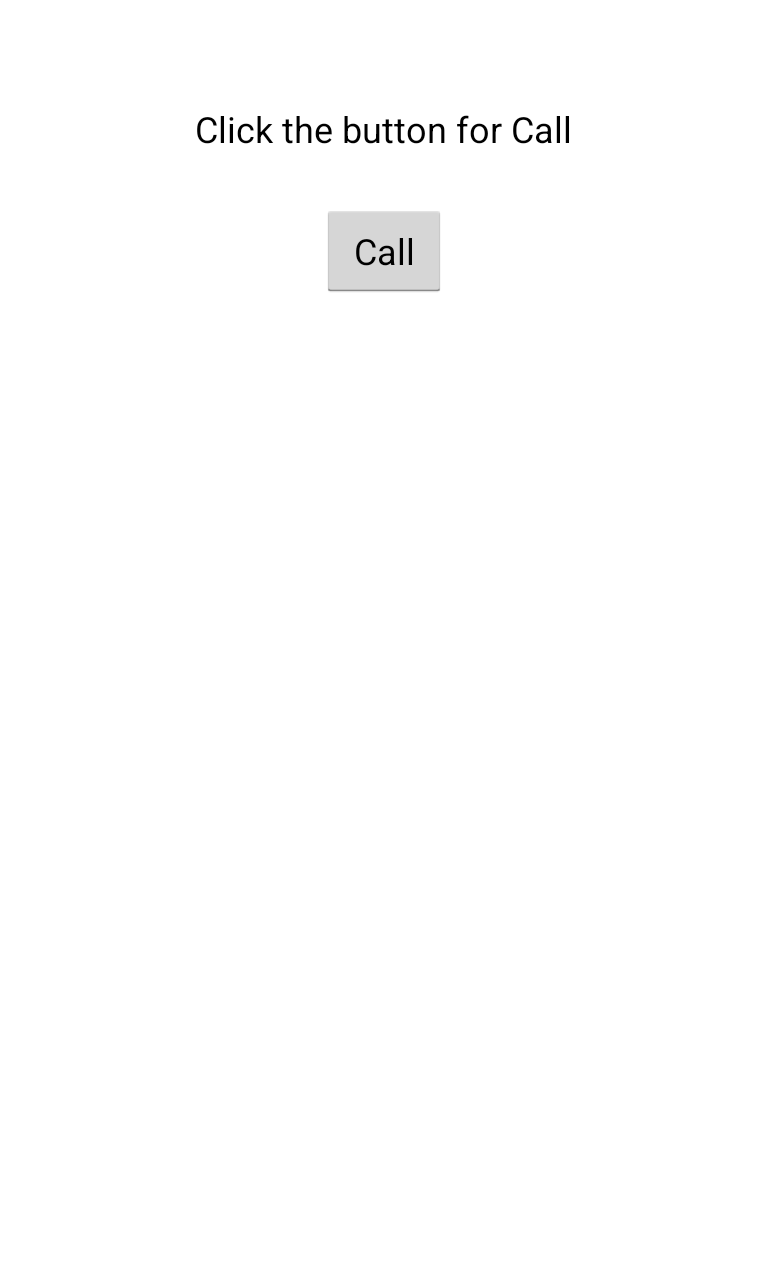
Repository: MadhuHS/OECM-1
Layout: ImplicitIntents/res/layout/activity_main.xml
These files come from the project's save history. The layout is drawn as it stood at one moment and after the next save; the edit follows.
It is drawn on a 768 x 1280 px phone screen (xhdpi) without system bars, with theme AppTheme; the app's code is not run.

Above is the layout before, as saved 2015-10-02 14:06:18.

### ImplicitIntents/res/layout/activity_main.xml
<RelativeLayout xmlns:android="http://schemas.android.com/apk/res/android"
    xmlns:tools="http://schemas.android.com/tools"
    android:layout_width="match_parent"
    android:layout_height="match_parent"
    android:paddingBottom="@dimen/activity_vertical_margin"
    android:paddingLeft="@dimen/activity_horizontal_margin"
    android:paddingRight="@dimen/activity_horizontal_margin"
    android:paddingTop="@dimen/activity_vertical_margin"
    tools:context=".MainActivity" >

    <Button
        android:id="@+id/buttoncall"
        android:layout_width="wrap_content"
        android:layout_height="wrap_content"
        android:layout_below="@+id/textView1"
        android:layout_centerHorizontal="true"
        android:layout_marginTop="25dp"
        android:text="Call" />

    <TextView
        android:id="@+id/textView1"
        android:layout_width="wrap_content"
        android:layout_height="wrap_content"
        android:layout_alignParentTop="true"
        android:layout_centerHorizontal="true"
        android:layout_marginTop="36dp"
        android:text="Click the button for Call"
        android:textAppearance="?android:attr/textAppearanceMedium" />

</RelativeLayout>

Loaded but not shown: ImplicitIntents/res/values/styles.xml (common file); ImplicitIntents/res/values-v11/styles.xml (common file); ImplicitIntents/res/values-v14/styles.xml (common file); ImplicitIntents/res/values/dimens.xml (common file)

After the next save:
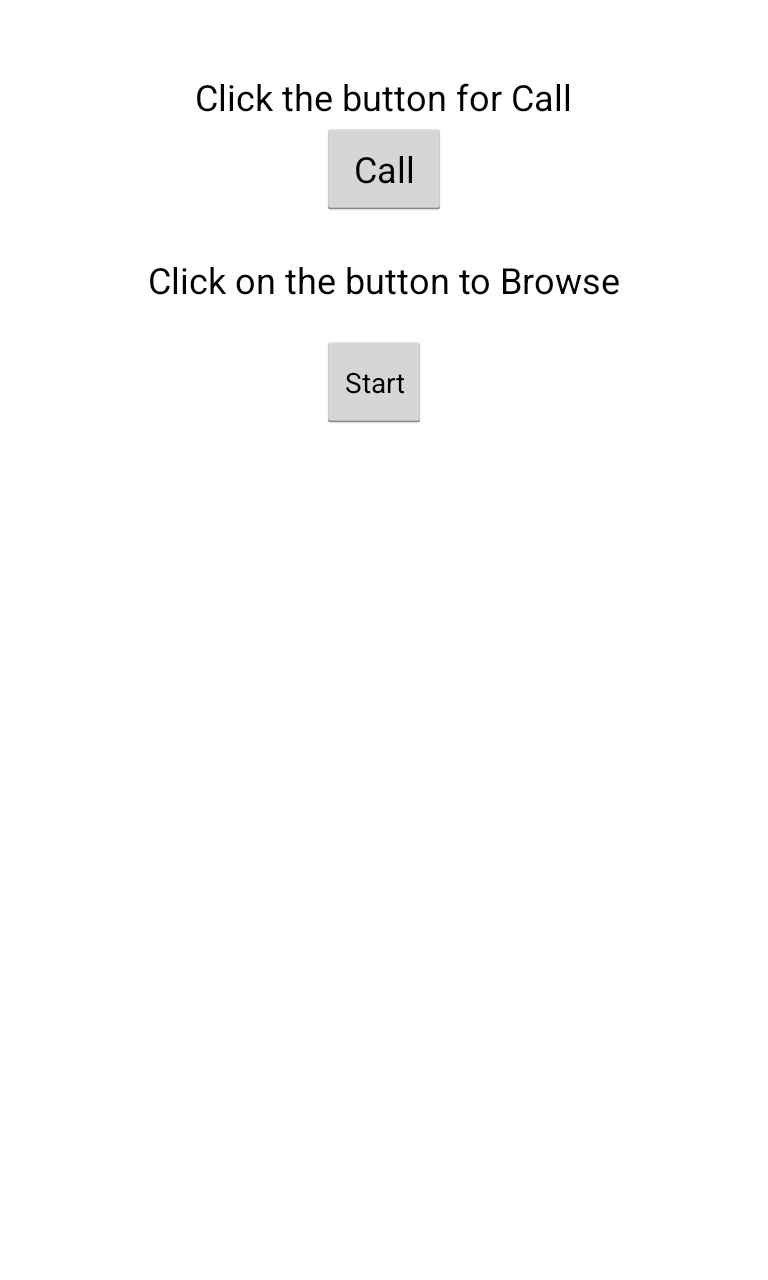
Saved 3 min 18 s later.
--- a/ImplicitIntents/res/layout/activity_main.xml
+++ b/ImplicitIntents/res/layout/activity_main.xml
@@ -8,14 +8,15 @@
     android:paddingTop="@dimen/activity_vertical_margin"
     tools:context=".MainActivity" >
 
-    <Button
-        android:id="@+id/buttoncall"
+    <TextView
+        android:id="@+id/textView2"
         android:layout_width="wrap_content"
         android:layout_height="wrap_content"
-        android:layout_below="@+id/textView1"
+        android:layout_below="@+id/buttoncall"
         android:layout_centerHorizontal="true"
-        android:layout_marginTop="25dp"
-        android:text="Call" />
+        android:layout_marginTop="19dp"
+        android:text="Click on the button to Browse"
+        android:textAppearance="?android:attr/textAppearanceMedium" />
 
     <TextView
         android:id="@+id/textView1"
@@ -23,8 +24,26 @@
         android:layout_height="wrap_content"
         android:layout_alignParentTop="true"
         android:layout_centerHorizontal="true"
-        android:layout_marginTop="36dp"
+        android:layout_marginTop="20dp"
         android:text="Click the button for Call"
         android:textAppearance="?android:attr/textAppearanceMedium" />
 
+    <Button
+        android:id="@+id/buttoncall"
+        android:layout_width="wrap_content"
+        android:layout_height="wrap_content"
+        android:layout_below="@+id/textView1"
+        android:layout_centerHorizontal="true"
+        android:text="Call" />
+
+    <Button
+        android:id="@+id/buttonbrowse"
+        style="?android:attr/buttonStyleSmall"
+        android:layout_width="wrap_content"
+        android:layout_height="wrap_content"
+        android:layout_alignLeft="@+id/buttoncall"
+        android:layout_below="@+id/textView2"
+        android:layout_marginTop="15dp"
+        android:text="Start" />
+
 </RelativeLayout>
